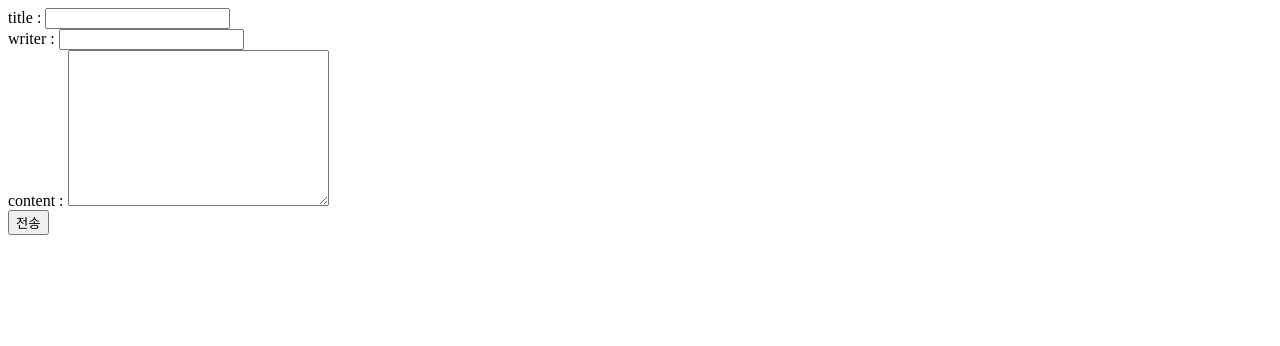
Repository: dlfhrrl12/jsptest
Page: http://localhost/jsp_study2/board/register.jsp
These files come from the project's save history. The page is drawn as it stood at one moment and after the next save; the edit follows.
The browser window is 1280 px wide. The pictures show the whole page.
The page is served by Tomcat 9. Other server files are loaded and not shown.

Above is the page before, as saved 2024-04-16 06:16:20.

### jsp_study2/src/main/webapp/board/register.jsp
<%@ page language="java" contentType="text/html; charset=UTF-8"
    pageEncoding="UTF-8"%>
<!DOCTYPE html>
<html>
<head>
<meta charset="UTF-8">
<title>Insert title here</title>
</head>
<body>
	<form action="/brd/insert" method="post">
		title : <input type="text" name="title"> <br>
		writer : <input type="text" name="writer"> <br>
		content : <textarea rows="10" cols="30" name="content"></textarea> <br>
		<button type="submit">전송</button>
	</form>
</body>
</html>

After the next save:
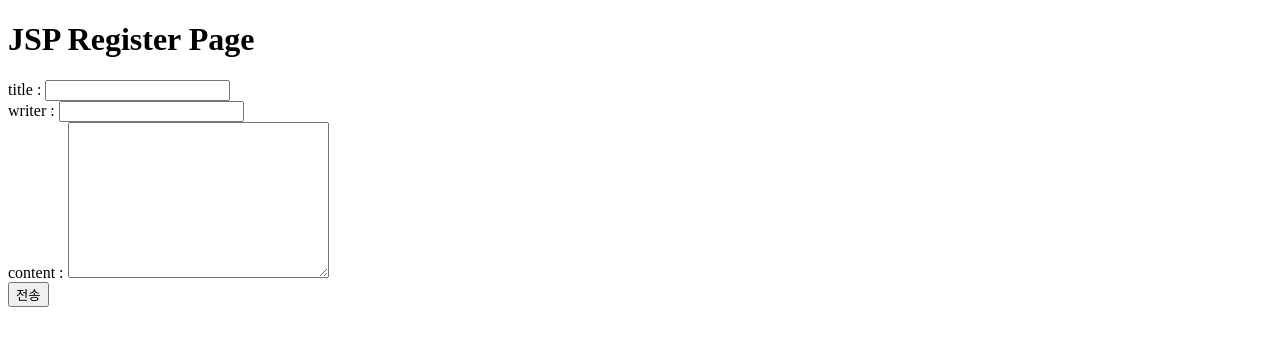
Saved 5 min 59 s later.
--- a/jsp_study2/src/main/webapp/board/register.jsp
+++ b/jsp_study2/src/main/webapp/board/register.jsp
@@ -7,6 +7,7 @@
 <title>Insert title here</title>
 </head>
 <body>
+<h1>JSP Register Page</h1>
 	<form action="/brd/insert" method="post">
 		title : <input type="text" name="title"> <br>
 		writer : <input type="text" name="writer"> <br>
